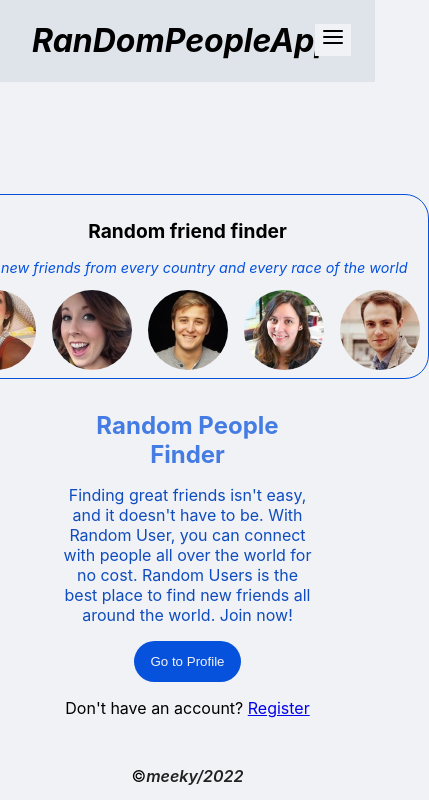
Repository: MikkyPrestige/RandomProfiles
Page: /
The author's editor kept a copy of each file at every save. The page is drawn from the files as they stood at one save, then again after a run of saves.
The browser window is 375 px wide. The page is 429 px wide, then 413 px, so the pictures cover 429 px, including what lies to the right of the window. The pictures show the whole page.
The project was rebuilt for these pictures with package versions that can differ from the ones it lists, and the page was loaded fresh each time. Also part of the build but not shown: src/components/users.jsx, src/assets/styles/search.css, src/components/search.jsx, src/assets/styles/help.css, src/components/help.jsx, src/assets/styles/about.css, src/components/about.jsx, src/assets/styles/error.css and 9 more.

Above is the page before, as saved 2022-12-06 22:51:41.

After the next 2 saves:
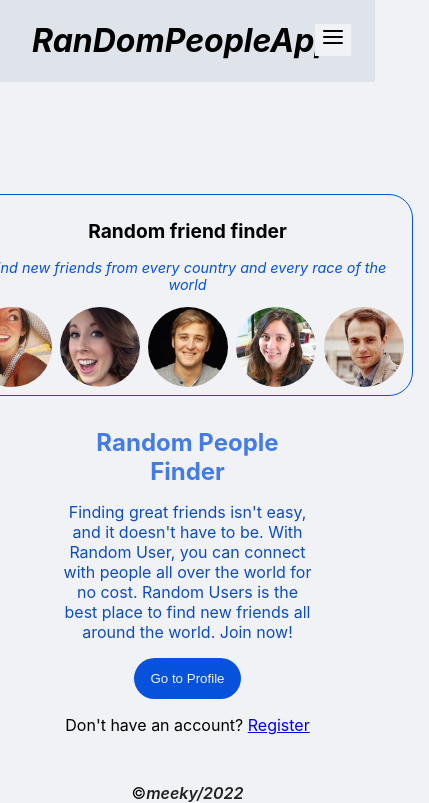
The 2 saves are shown as one change because they came seconds apart.
The last was saved 2 min 44 s later.
--- a/src/assets/styles/home.css
+++ b/src/assets/styles/home.css
@@ -85,8 +85,9 @@
     width: 80%;
   }
 
-  .home__img:nth-child() {
-    display: none;
+  .home__img {
+    gap: .5rem;
+    /* width: 20rem; */
   }
 
 
